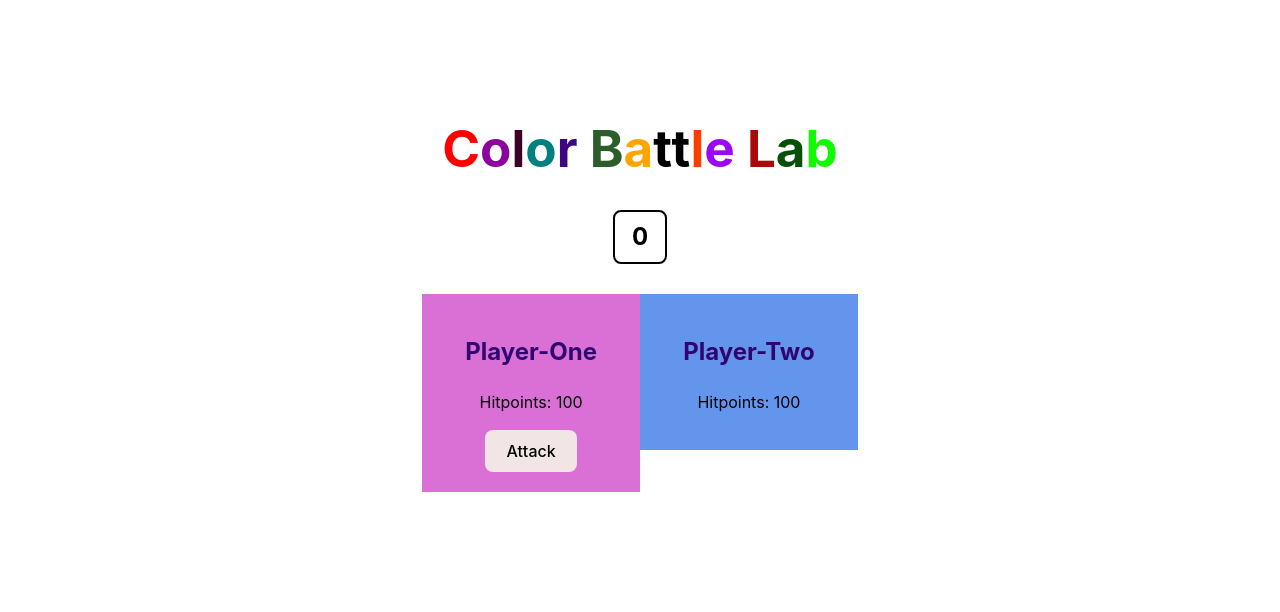
Repository: RAWdevX21/color-battle_lab-build
Page: /
These files come from the project's save history. The page is drawn as it stood at one moment and after the next save; the edit follows.
The browser window is 1280 px wide. The pictures show the whole page.
The project was rebuilt for these pictures with package versions that can differ from the ones it lists, and the page was loaded fresh each time. Also part of the build but not shown: vite.config.js.

Above is the page before, as saved 2023-08-17 02:51:22.

After the next save:
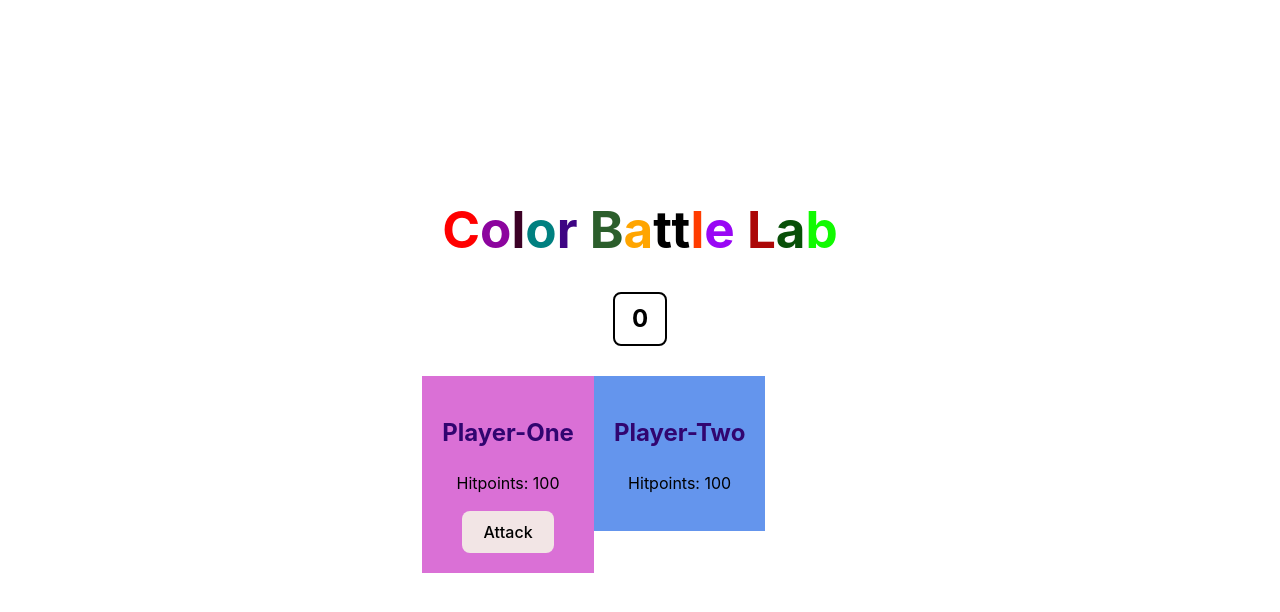
Saved 3 min 3 s later.
--- a/src/App.css
+++ b/src/App.css
@@ -12,7 +12,7 @@ h2 {
     display: flex;
 }
 
-.player-wrapper {
+.player-container .player-wrapper {
     flex: 1;
     height: 50vh;
     min-height: 50vh;
